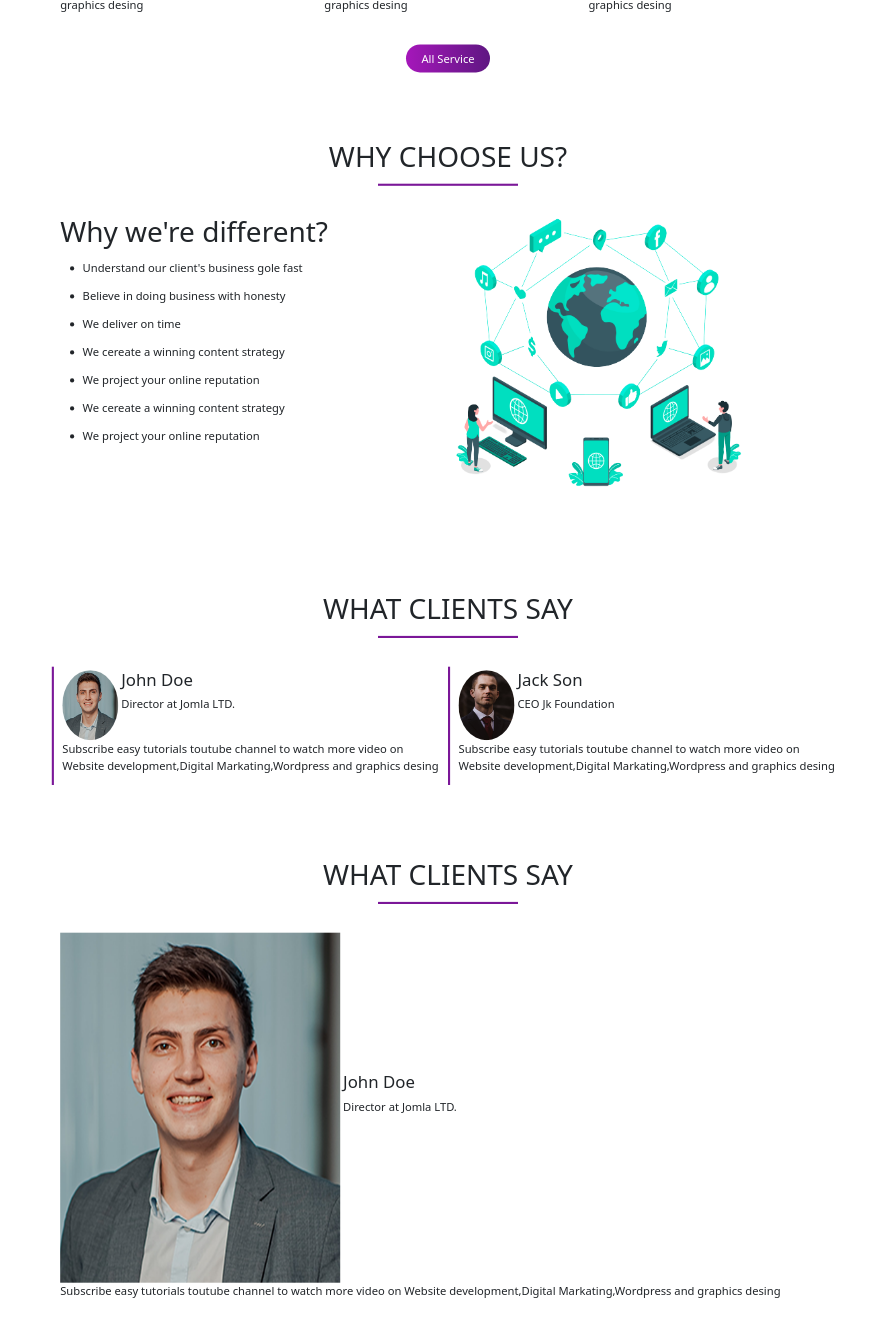
Repository: zjria/PSD-to-HTML-DIGITAL-AGENCY
Page: index.html
The author's editor kept a copy of each file at every save. The page is drawn from the files as they stood at one save, then again after the next save.
The browser window is 1280 px wide. The pictures show the part of the page from y = 909 to 2829 px (the page is 2829 px tall before and 2789 px after), at 70% of full size.
Some web libraries are served in a nearby version.

Above is the page before, as saved 2022-05-11 09:29:30.

After the next save:
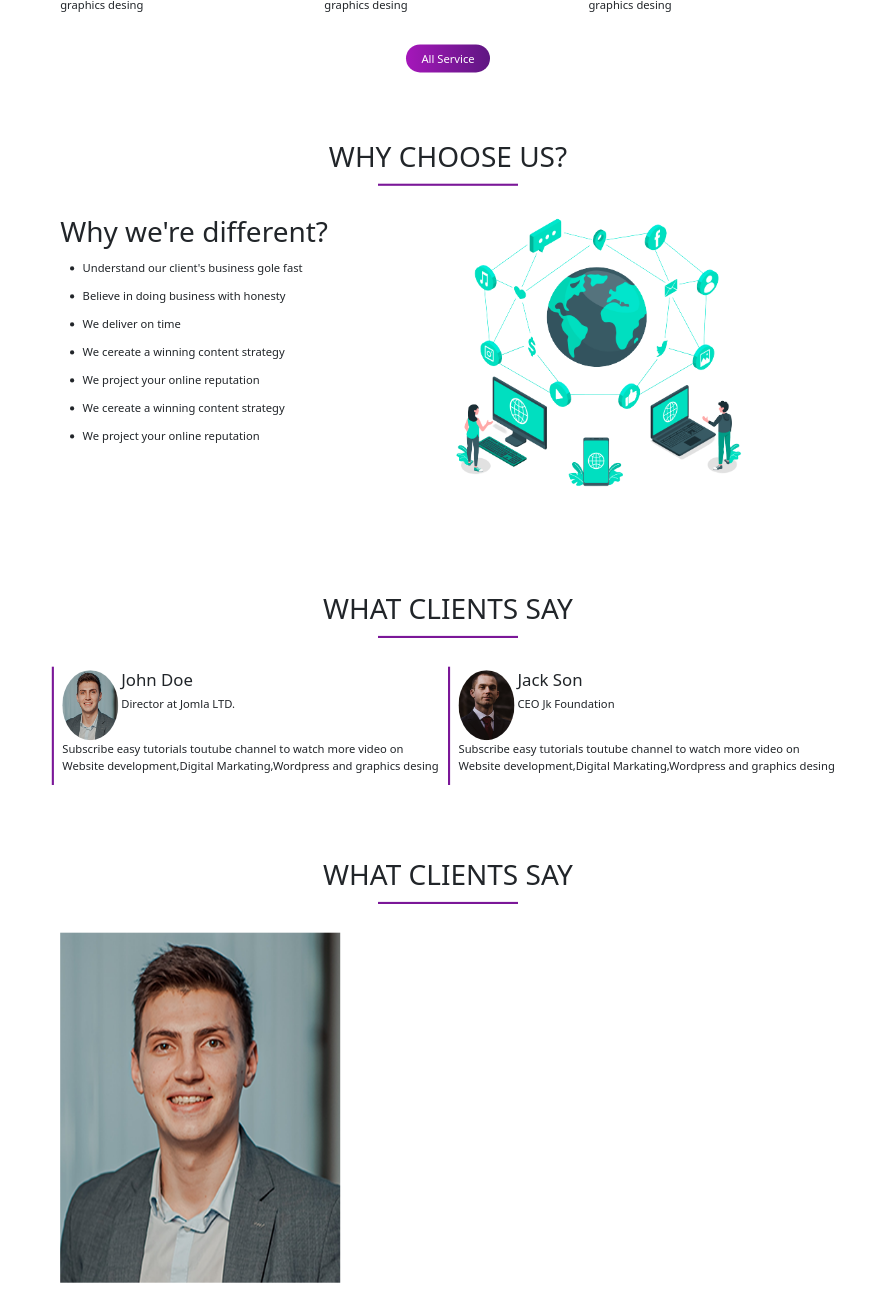
Saved 13 s later.
--- a/index.html
+++ b/index.html
@@ -166,12 +166,6 @@
         <div class="row mt-5 man-img">
           <div class="col-12">
             <img src="img/man-1.png" alt="" class="img-fluid">
-            <span class="d-inline-block mt-1">
-              <h4>John Doe</h4>
-              <p>Director at Jomla LTD.</p>
-            </span>
-            <p>
-              Subscribe easy tutorials toutube channel to watch more video on Website development,Digital Markating,Wordpress and graphics desing</p>
           </div>
         </div>
       </div>
